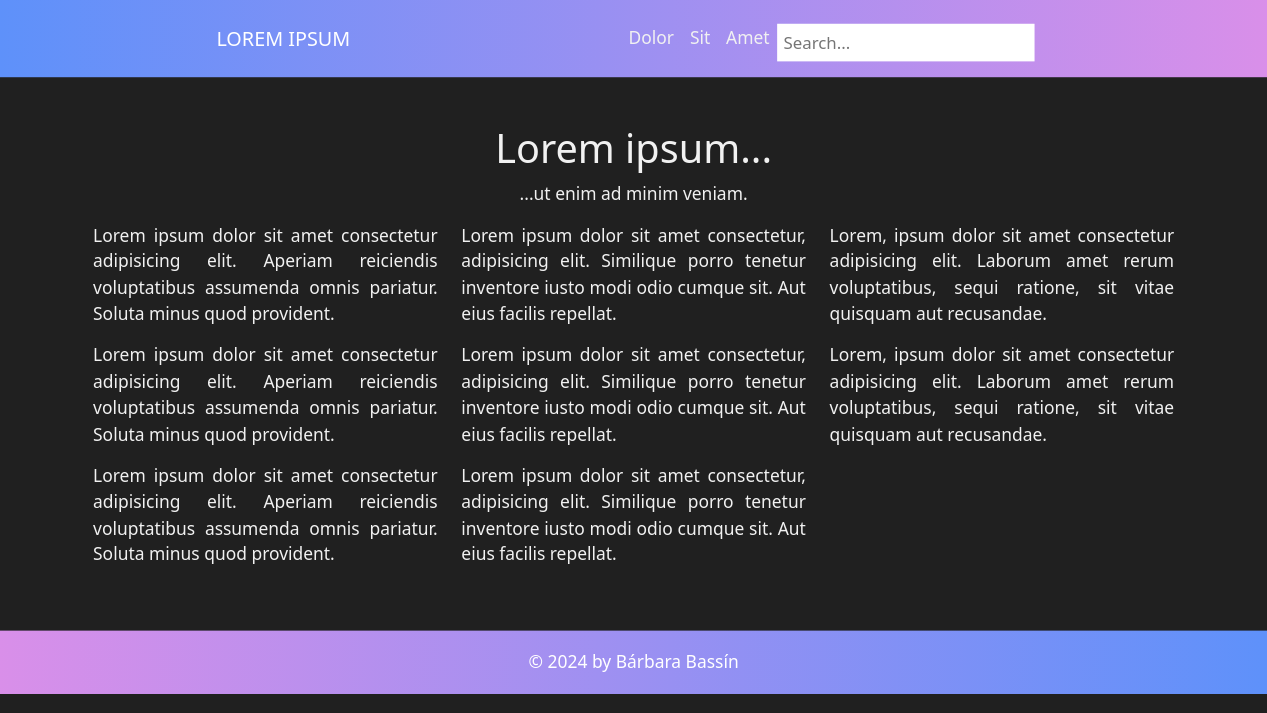
Repository: romancegirl/responsiveness
Page: index.html
These files come from the project's save history. The page is drawn as it stood at one moment and after the next save; the edit follows.
The browser window is 1280 px wide. The pictures show the whole page, at 99% of full size.

Above is the page before, as saved 2024-11-19 19:30:11.

### index.html
<!DOCTYPE html>
<html lang="en">

<head>
    <meta charset="UTF-8">
    <meta name="viewport" content="width=device-width, initial-scale=1.0">
    <title>Portfolio - Bárbara Bassín</title>
    <link href="https://cdn.jsdelivr.net/npm/bootstrap@5.3.0/dist/css/bootstrap.min.css" rel="stylesheet">
    <link rel="stylesheet" href="https://cdnjs.cloudflare.com/ajax/libs/font-awesome/6.0.0-beta3/css/all.min.css">
    <link rel="stylesheet" href="css/header-and-footer.css">
    <link rel="stylesheet" href="css/styles.css">
</head>

<body>
    <!-- Header -->
    <header class="py-2">
        <div class="container d-flex justify-content-around align-items-center" id="profile">
            <h5 class="m-0">LOREM IPSUM</h5>
            <nav class="navbar navbar-expand-lg">
                <button class="navbar-toggler" type="button" data-bs-toggle="collapse" data-bs-target="#navbarNav"
                    aria-controls="navbarNav" aria-expanded="false" aria-label="Toggle navigation">
                    <i class="fas fa-bars"></i>
                </button>
                <div class="collapse navbar-collapse" id="navbarNav">
                    <ul class="navbar-nav ms-auto">
                        <li class="nav-item"><a class="nav-link">Dolor</a></li>
                        <li class="nav-item"><a class="nav-link">Sit</a></li>
                        <li class="nav-item"><a class="nav-link">Amet</a></li>
                        <input type="text" placeholder="Search...">
                    </ul>
                </div>
            </nav>
        </div>
    </header>



    <!-- Main -->
    <main class="container my-5">
        <div>
            <h1>Lorem ipsum...</h1>
            <div id="textCarousel" class="carousel slide" data-bs-ride="carousel" data-bs-interval="2000">
                <div class="carousel-inner">
                    <div class="carousel-item active">
                        <p>...olor sit amet, consectetur adipiscing elit...</p>
                    </div>
                    <div class="carousel-item">
                        <p>...sed do eiusmod tempor incididunt ut labore...</p>
                    </div>
                    <div class="carousel-item">
                        <p>...ut enim ad minim veniam.</p>
                    </div>
                </div>
            </div>
        </div>



        <div class="container text-center">
            <div class="row">
                <div class="col-6 col-md-4 paragraph">Lorem ipsum dolor sit amet consectetur adipisicing elit. Aperiam
                    reiciendis
                    voluptatibus assumenda omnis pariatur. Soluta minus quod provident.</div>
                <div class="col-6 col-md-4 paragraph">Lorem ipsum dolor sit amet consectetur, adipisicing elit.
                    Similique porro
                    tenetur inventore iusto modi odio cumque sit. Aut eius facilis repellat.</div>
                <div class="col-6 col-md-4 paragraph">Lorem, ipsum dolor sit amet consectetur adipisicing elit. Laborum
                    amet rerum
                    voluptatibus, sequi ratione, sit vitae quisquam aut recusandae.</div>
                <div class="col-6 col-md-4 paragraph">Lorem ipsum dolor sit amet consectetur adipisicing elit. Aperiam
                    reiciendis
                    voluptatibus assumenda omnis pariatur. Soluta minus quod provident.</div>
                <div class="col-6 col-md-4 paragraph">Lorem ipsum dolor sit amet consectetur, adipisicing elit.
                    Similique porro
                    tenetur inventore iusto modi odio cumque sit. Aut eius facilis repellat.</div>
                <div class="col-6 col-md-4 paragraph">Lorem, ipsum dolor sit amet consectetur adipisicing elit. Laborum
                    amet rerum
                    voluptatibus, sequi ratione, sit vitae quisquam aut recusandae.</div>
                <div class="col-6 col-md-4 paragraph">Lorem ipsum dolor sit amet consectetur adipisicing elit. Aperiam
                    reiciendis
                    voluptatibus assumenda omnis pariatur. Soluta minus quod provident.</div>
                <div class="col-6 col-md-4 paragraph">Lorem ipsum dolor sit amet consectetur, adipisicing elit.
                    Similique porro
                    tenetur inventore iusto modi odio cumque sit. Aut eius facilis repellat.</div>
            </div>
        </div>



    </main>

    <!-- Footer -->
    <footer class="bg-dark text-center py-2">
        <div>&copy; 2024 by Bárbara Bassín</div>
    </footer>
    <script src="js/script.js"></script>
    <script src="https://cdn.jsdelivr.net/npm/bootstrap@5.3.0/dist/js/bootstrap.bundle.min.js"></script>
</body>

</html>

### css/header-and-footer.css
header {
    background: linear-gradient(to right, #5E91FA, #d98fe9);
    color: #fff;
    position: relative;
}


a.nav-link {
    color: #f1f1f1;
}

a.nav-link:hover {
    color: #f6c7de;
    transition: color 0.3s, text-shadow 0.3s;
    transform: scale(1.05);
}


.navbar input[type=text] {
    float: right;
    padding: 6px;
    margin-top: 8px;
    margin-right: 16px;
    border: none;
    font-size: 17px;
}


/* navbar-toggle */

.navbar-toggler {
    border-color: #fff;
}

.navbar-toggler .fas {
    color: #fff;
    /* Cambia el color del ícono */
}

.navbar-collapse {
    justify-content: flex-end;
}

.navbar-toggler:hover {
    cursor: pointer;
}

.navbar-toggler:focus {
    outline: none;
    box-shadow: none;
}

@media (max-width: 995px) {

    .navbar-collapse {
        display: none;
        position: absolute;
        top: 134%;
        left: -55px;
        width: 100%;
        z-index: 999;
        flex-direction: column-reverse;
        align-items: center;
    }

    .navbar-collapse.show {
        display: flex;
    }

    .navbar-nav {
        background: linear-gradient(to right, #5e92fae0, #d98fe9dc);
        color: #fff;
        padding: 1.5rem;
        border-radius: 0 0 100px 100px;
        font-weight: bold;
        text-align: center;
    }

    .navbar-nav:hover {
        cursor: pointer;

    }

    a.nav-link:hover {
        color: #f6c7de;
        transition: color 0.3s, text-shadow 0.3s;
        transform: scale(1.05);
    }

    .navbar-nav .nav-item {
        margin: 10px 0;
    }

    .navbar a, .navbar input[type=text] {
        float: none;
        display: block;
        text-align: left;
        width: 100%;
        margin: 0;
        padding: 14px;
      }
      .navbar input[type=text] {
        border: 1px solid #ccc;
      }

}

footer {
    background: linear-gradient(to right, #d98fe9, #5E91FA);
    color: #fff;
    bottom: 0;
    min-height: 4rem;
    display: flex;
    justify-content: center;
    align-items: center;
}

### css/styles.css
body {
    background-color: #202020;
    color: #f1f1f1;
    font-size: 110%;
}

/* Profile and resume */

.profile-photo {
    width: 250px;
    height: 250px;
    border: #a5c3ffcd;
    border-style: double;
    border-width: 5px;
    border-radius: 70px;
    display: flex;
    justify-content: center;
    align-items: center;
    overflow: hidden;
    /* Oculta cualquier parte de la imagen que se desborde */
    float: right;
}

/* titles */

h1 {
    text-align: center;
}

h2,
h3,
h4 {
    background: linear-gradient(#d98fe9, #5E91FA);
    -webkit-background-clip: text;
    background-clip: text;
    -webkit-text-fill-color: transparent;
}



/* General */

#textCarousel {
    width: 40rem;
    margin: auto;
}

p {
    text-align: center;
}

.row {
    text-align: justify;
}

.paragraph {
margin-bottom: 1rem;
}

/* Responsiveness */

.title-small,
.title-x-small {
    display: none;
}

@media screen and (max-width: 1400px) {

    .title-large,
    .title-x-small {
        display: none;
    }

    .title-small {
        display: block;
    }
}

@media screen and (max-width: 768px) {

    .title-large,
    .title-small {
        display: none;
    }

    .title-x-small {
        display: block;
        text-align: center;

    }

    #textCarousel {
        max-width: 90%; /* Usa un tamaño relativo en lugar de fijo */
    }
}

### js/script.js
document.addEventListener('click', function(event) {
    var navbar = document.querySelector('.navbar-collapse');
    var toggler = document.querySelector('.navbar-toggler');

    // Si el menú está abierto y se hace clic fuera de él, lo cierra
    if (navbar.classList.contains('show') && !navbar.contains(event.target) && !toggler.contains(event.target)) {
        var bsCollapse = new bootstrap.Collapse(navbar, {
            toggle: false
        });
        bsCollapse.hide();
    }
});

// Cerrar el menú automáticamente al hacer clic en cualquier enlace
var navLinks = document.querySelectorAll('.nav-link');
navLinks.forEach(function(link) {
    link.addEventListener('click', function() {
        var navbar = document.querySelector('.navbar-collapse');
        var bsCollapse = new bootstrap.Collapse(navbar, {
            toggle: false
        });
        bsCollapse.hide();
    });
});

After the next save:
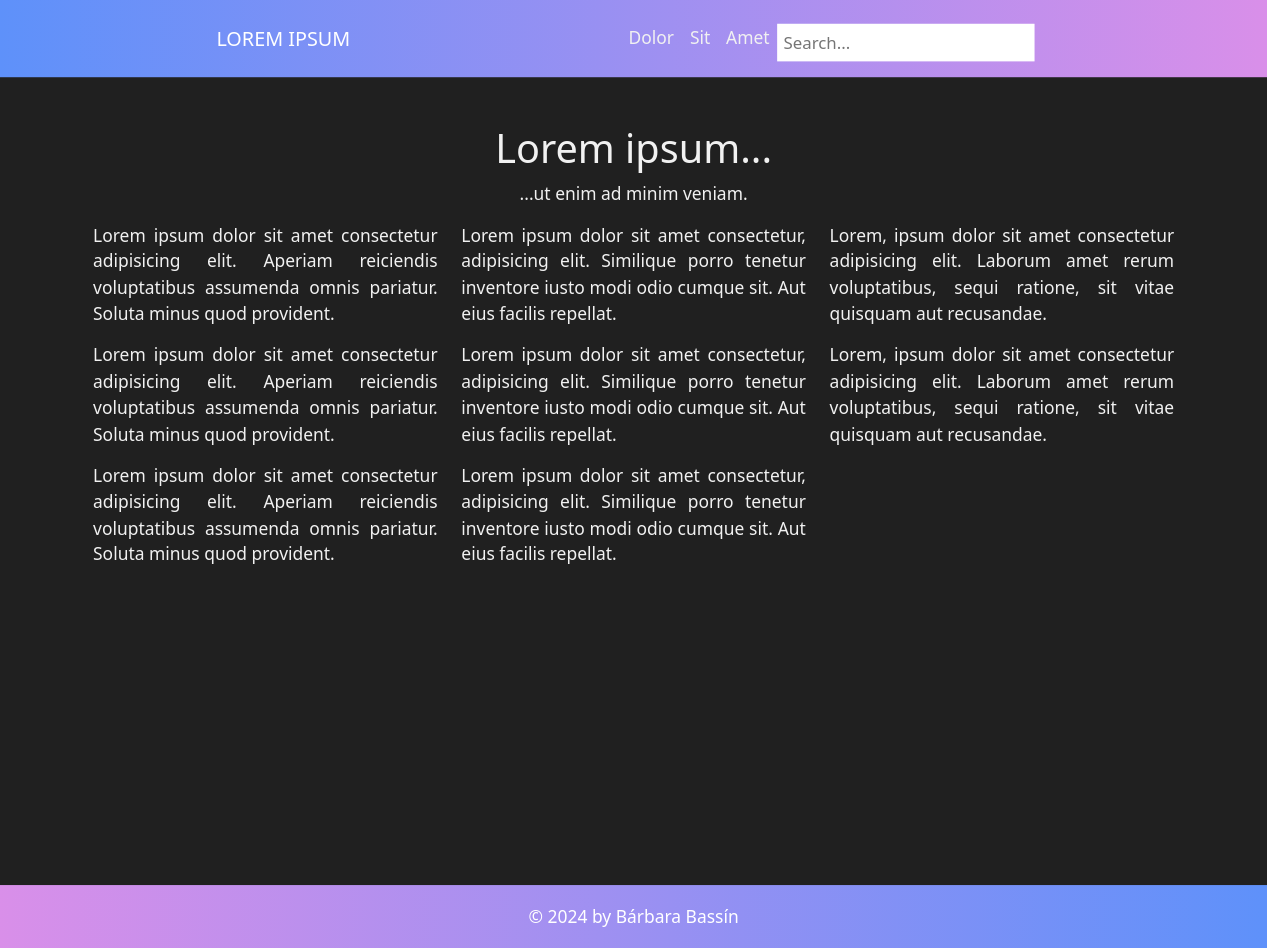
Saved 2 min 9 s later.
--- a/css/header-and-footer.css
+++ b/css/header-and-footer.css
@@ -4,6 +4,12 @@ header {
     position: relative;
 }
 
+
+main {
+    min-height: 100vh;
+    padding-bottom: 30px;
+    box-sizing: border-box;
+}
 
 a.nav-link {
     color: #f1f1f1;
